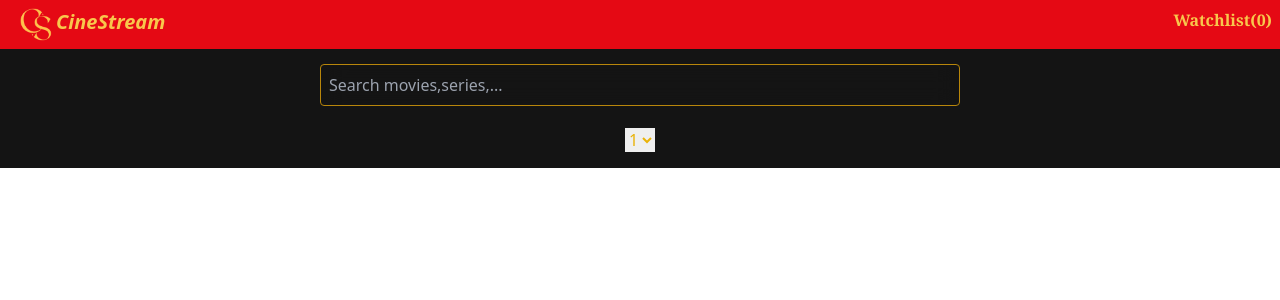
Repository: Reshmashameem31/Cine-Stream
Page: /watchlist (app in movie-project/)
The author's editor kept a copy of each file at every save. The page is drawn from the files as they stood at one save, then again after a run of saves.
The browser window is 1280 px wide. The pictures show the whole page.
The project was rebuilt for these pictures with package versions that can differ from the ones it lists, and the page was loaded fresh each time. Also part of the build but not shown: movie-project/vite.config.js, movie-project/src/Components/Moviecard.jsx, movie-project/src/pages/Home.jsx.

Above is the page before, as saved 2025-08-16 13:14:40.

After the next 6 saves:
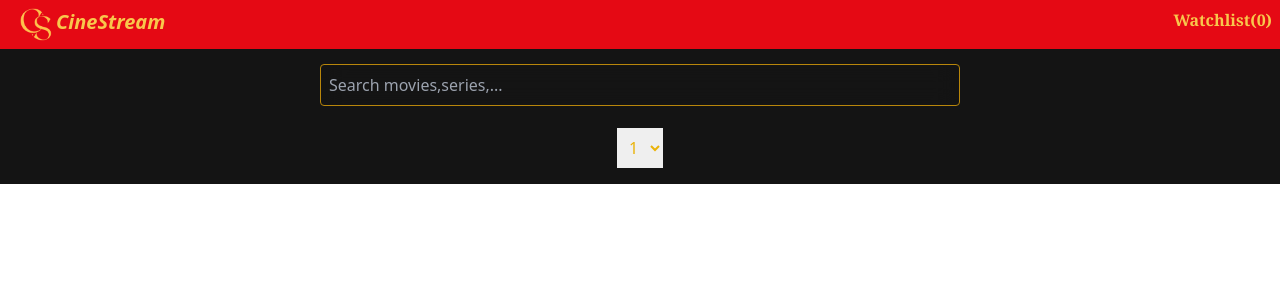
The 6 saves are shown as one change because they came seconds apart.
The last was saved 35 s later.
--- a/movie-project/src/Components/GenreFilter.jsx
+++ b/movie-project/src/Components/GenreFilter.jsx
@@ -2,7 +2,7 @@ import React from 'react'
 
 const GenreFilter = () => {
   return (
-    <select name='' id=''>
+    <select className='p-2 bg-'>
         <option value=''>1</option>
         <option value=''>2</option>
         <option value=''>3</option>
